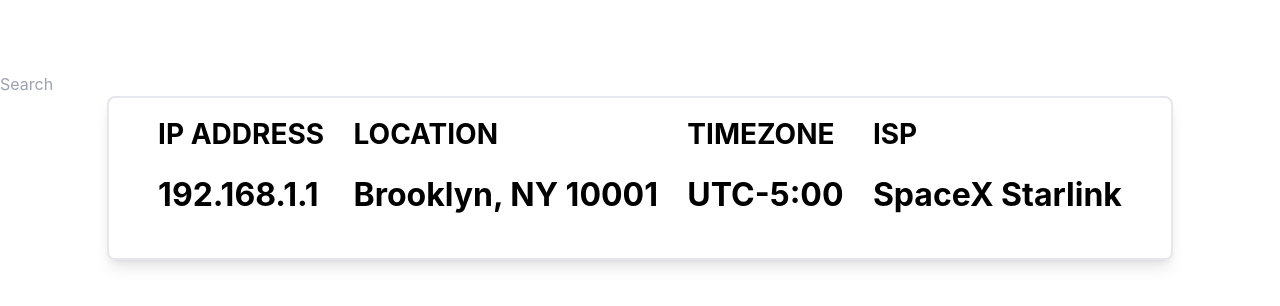
Repository: Dealsy/IP-Tracker
Page: /
The author's editor kept a copy of each file at every save. The page is drawn from the files as they stood at one save, then again after the next save.
The browser window is 1280 px wide. The pictures show the whole page.
The project was rebuilt for these pictures with package versions that can differ from the ones it lists, and the page was loaded fresh each time. The framework's server and built-in components were replaced by stand-ins that run in the browser. Also part of the build but not shown: next.config.js, styles/Home.module.css.

Above is the page before, as saved 2022-04-21 21:27:15.

After the next save:
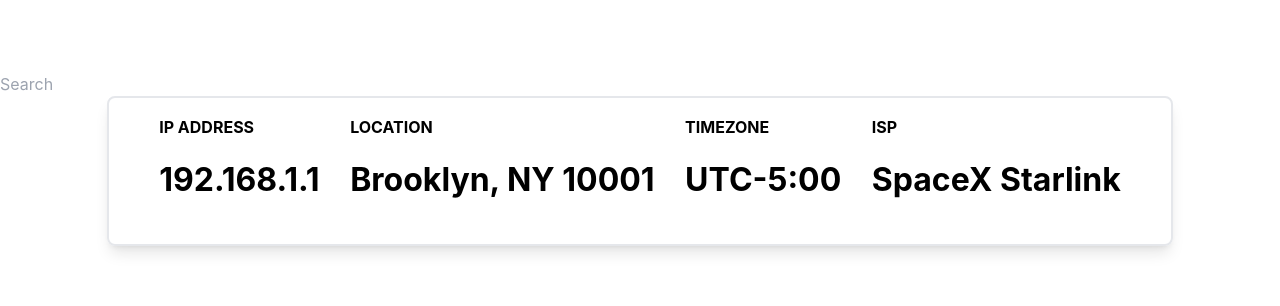
Saved 14 s later.
--- a/styles/globals.css
+++ b/styles/globals.css
@@ -18,7 +18,7 @@
 }
 
 h3 {
-  font-size: 1.75rem;
+  font-size: 1rem;
   font-weight: 700;
   line-height: 1.2;
   margin-bottom: 1.5rem;
